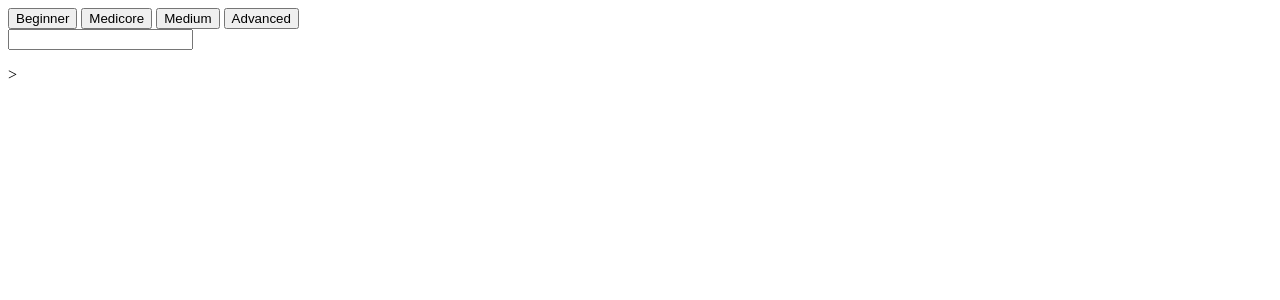
Repository: chimeconfused999/Vocabgame.github.io
Page: index.html
The author's editor kept a copy of each file at every save. The page is drawn from the files as they stood at one save, then again after the next save.
The browser window is 1280 px wide. The pictures show the whole page.

Above is the page before, as saved 2022-07-09 21:10:24.
Console error: SyntaxError: Cannot use import statement outside a module

After the next save:
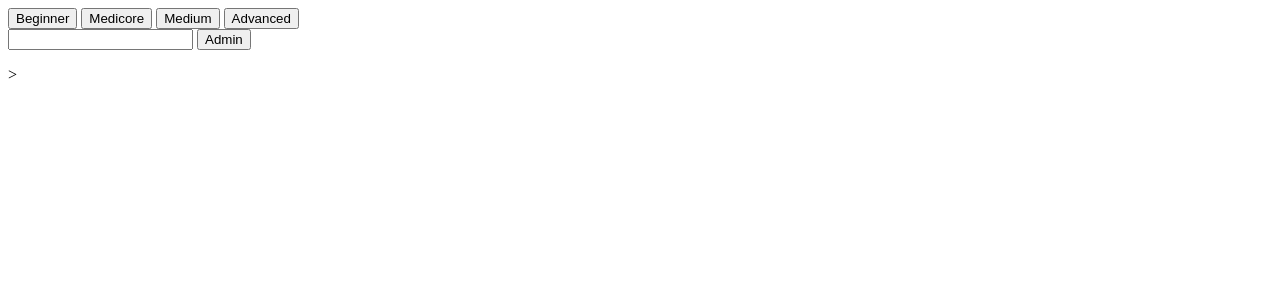
Saved 15 h 7 min later.
--- a/index.html
+++ b/index.html
@@ -16,7 +16,7 @@
     <button id="Advanced" onclick="style.display = 'none'">Advanced</button>
   </div>
   <input id="output" type="text">
-
+  <button>Admin</button>
 
   <p></p>
 
